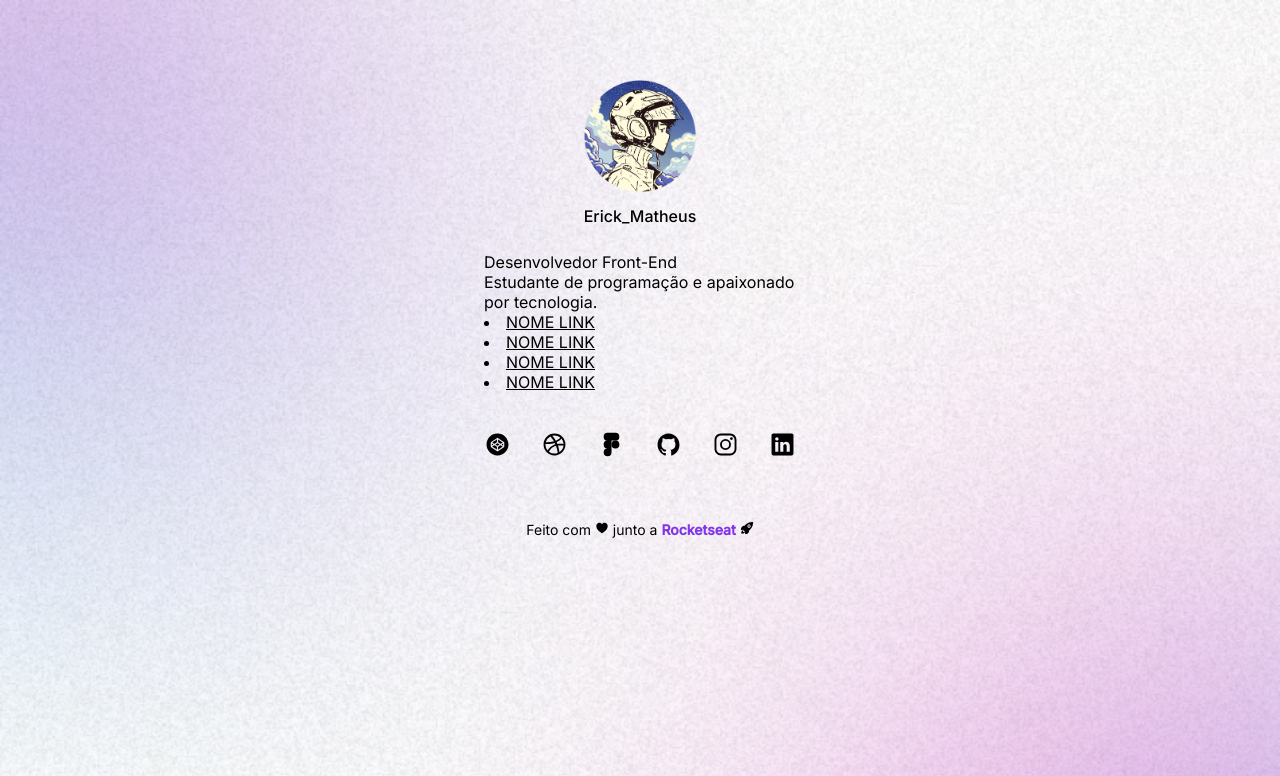
Repository: e-rickmatheus/project_dev_links
Page: index.html
The author's editor kept a copy of each file at every save. The page is drawn from the files as they stood at one save, then again after the next save.
The browser window is 1280 px wide. The pictures show the whole page.

Above is the page before, as saved 2025-04-03 19:26:36.

### index.html
<!DOCTYPE html>
<html lang="pt-BR" class="light-theme">
<head>

<link rel="preconnect" href="https://fonts.googleapis.com">
<link rel="preconnect" href="https://fonts.gstatic.com" crossorigin>
<link href="https://fonts.googleapis.com/css2?family=Inter:wght@400;500&display=swap" rel="stylesheet">
  <meta charset="UTF-8">
  <meta name="viewport" content="width=device-width, initial-scale=1.0">
  <title>DEV.Links</title>
  <link rel="stylesheet" href="./style.css">
  <a></a>
</head>
<body>

  <div id="container">
    <div id="profile">
      <img id="avatar" src="./assets/avatar-pilot-day.png" alt="avatar-light">
      <p>Erick_Matheus</p>
    </div>
    <div id="description">
      <p>Desenvolvedor Front-End</p>
      <p>Estudante de programação e apaixonado por tecnologia.</p>
    </div>
    <div id="switch"
  <ul>
    <li>
      <a href="#" target="_blank">NOME LINK</a>
    </li>
    <li>
        <a href="#" target="_blank">NOME LINK</a>
    </li>
    <li>
        <a href="#" target="_blank">NOME LINK</a>
    </li>
    <li>
        <a href="#" target="_blank">NOME LINK</a>
    </li>
  </ul>
  <div id="social-links">
    <!-- <ion-icon name="logo-behance"></ion-icon> -->
    <a href="https://codepen.io/erick_matheus" target="_blank">
      <ion-icon name="logo-codepen"></ion-icon>
    </a>

    <a href="https://dribbble.com/erick_matheus" target="_blank">
      <ion-icon name="logo-dribbble"></ion-icon>
    </a>

    <a href="https://figma.com/@erick_matheus" target="_blank">
      <ion-icon name="logo-figma"></ion-icon>
    </a>
    <a href="https://github.com/e-rickmatheus" target="_blank">
      <ion-icon name="logo-github"></ion-icon>
    </a>

    <a href="https://instagram.com/" target="_blank">
      <ion-icon name="logo-instagram"></ion-icon>
    </a>

    <a href="https://linkedin.com/in/e-rickmatheus/" target="_blank">
      <ion-icon name="logo-linkedin"></ion-icon>
    </a>
    <!-- <ion-icon name="logo-medium"></ion-icon> -->
    <!-- <ion-icon name="logo-whatsapp"></ion-icon> -->
  </div>

  <footer>
    Feito com <ion-icon name="heart"></ion-icon>
    junto a <a id="rocketseat" href="https://rocketseat.com.br/" target="_blank">Rocketseat</a>   <ion-icon name="rocket"></ion-icon>
  </footer>
  </div>

<script type="module" src="https://cdn.jsdelivr.net/npm/ionicons@7.1.0/dist/ionicons/ionicons.esm.js"></script>
<script nomodule src="https://cdn.jsdelivr.net/npm/ionicons@7.1.0/dist/ionicons/ionicons.js"></script>
</body>

</html>

### style.css
* {  /* *: todos os elementos */
  margin: 0;
  padding: 0;
  box-sizing: border-box; /* border-box: altura e largura do elemento é o mesmo que o tamanho definido */

}

:root {
  --text-color: white; /* cor do texto */
  --bg-url: url(./assets/bg-mobile.jpg); /* url da imagem de fundo */
  --stroke-color: rgba(255, 255, 255, 0.5); /* cor do contorno */
  --surface-color: rgba(255, 255, 255, 0.1); /* cor da superfície */
  --surface-color-hover: rgba(255, 255, 255, 0.2); /* cor da superfície ao passar o mouse */
  --social-links-color-hover: rgba(255, 255, 255, 0.2); /* cor do link ao passar o mouse */
}

.light-theme { /* tema claro */
  --text-color: black; /* cor do texto */
  --bg-url: url(./assets/bg-mobile-light.jpg); /* url da imagem de fundo */
  --stroke-color: rgba(0, 0, 0, 0.5); /* cor do contorno */
  --surface-color: rgba(0, 0, 0, 0.1); /* cor da superfície */
  --surface-color-hover: rgba(0, 0, 0, 0.2); /* cor da superfície ao passar o mouse */
  --social-links-color-hover: rgba(0, 0, 0, 0.2); /* cor do link ao passar o mouse */
}

html, body {
  height: 100%; /* altura do html e body */
  width: 100%; /* largura do html e body */
}

body { /* body: corpo do documento */
  /*
  background-image: url(./assets/bg-mobile.jpg);
  background-repeat: no-repeat;
  background-position: top center;
  background-size: cover;
  */

  /* BACKGROUND GRADIENT
   background-image:  linear-gradient(
        45deg,
        hsl(201deg 37% 81%) 0%,
        hsl(202deg 39% 77%) 8%,
        hsl(204deg 40% 72%) 17%,
        hsl(206deg 41% 68%) 25%,
        hsl(207deg 42% 64%) 33%,
        hsl(209deg 42% 60%) 41%,
        hsl(210deg 42% 56%) 50%,
        hsl(212deg 41% 53%) 58%,
        hsl(214deg 41% 49%) 66%,
        hsl(217deg 45% 46%) 75%,
        hsl(219deg 48% 43%) 83%,
        hsl(223deg 50% 40%) 92%,
        hsl(228deg 51% 38%) 100%
    );
    */
    background-repeat: no-repeat; /* repetição da imagem */
    background-position: top center; /* posição da imagem */
    background-size: 100% 100%; /* tamanho da imagem */
  background: var(--bg-url) no-repeat top center/cover;
  /* background: cor imagem repetição posição/tamanho */
}

body * { /* todos os elementos dentro do body */
  font-family: 'Inter', sans-serif;
  color: var(--text-color); /* cor do texto */


}

#container {
  width:  360px;
  margin: 56px auto 0px;
  display: block;
  padding: 0 24px;
}

#profile {
  text-align: center;
  padding: 24px;
}

#profile img {
  width: 112px;
}

#profile p {
  font-weight: 500;
  line-height: 24px;
  margin-top: 8px;
}


/*links*/
ul { /* ul: lista não ordenada */
  list-style: none;
  display: flex;
  flex-direction: column;
  gap: 16px;
  padding: 24px 0;
}

ul li a { /* a: link */
  display: flex;
  justify-content: center;
  align-items: center;
  padding: 16px 24px;
  background: var(--surface-color);
  border: 1px solid var(--stroke-color);
  border-radius: 8px;
  backdrop-filter: blur (4px);
  -webkit-backdrop-filter: blur (4px);

  text-decoration: none;
  font-weight: 500;

  transition: background 0.2s;
}

ul li a:hover { /* quando o mouse estiver em cima do link */
  background: var(--surface-color-hover);
  border: 1.5px solid var(--text-color);
}


/*SOcial Links*/
#social-links {
  display: flex;
  justify-content: center;
  padding: 24px 0;
  font-size: 25px
}

#social-links a { /* a: link */
  display: flex;
  justify-content: center;
  align-items: center;
  padding: 16px;
  transition: background 0.2s;
  border-radius: 50%;
}

#social-links a:hover { /* quando o mouse estiver em cima do link */
  background: var(--social-links-color-hover);

}

footer {
  text-align: center;
  padding: 24px 0;
  font-size: 14px;
}

#rocketseat {
  color: rgb(130 52 233);
  text-decoration: none;
  font-weight: bold;
  transition: color 0.5s;
}

#rocketseat:hover { /* quando o mouse estiver em cima do link */
  color: white;
  text-decoration: underline;
  background:  rgb(130 52 233);
  transition: color 0.5s;
  margin: 1px 1px;
  padding: 4px 4px;
  border-radius: 4px;
  tex

}

After the next save:
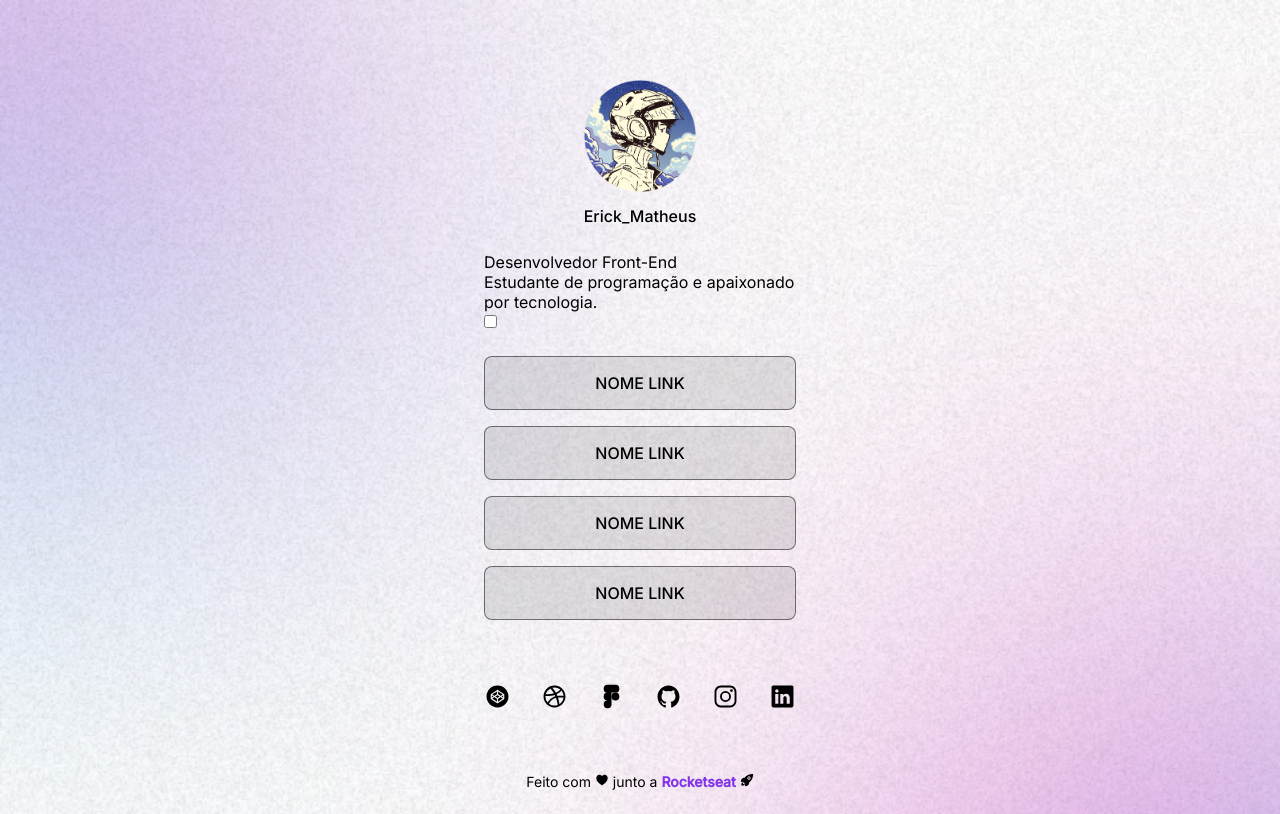
Saved 5 s later.
--- a/index.html
+++ b/index.html
@@ -22,7 +22,11 @@
       <p>Desenvolvedor Front-End</p>
       <p>Estudante de programação e apaixonado por tecnologia.</p>
     </div>
-    <div id="switch"
+    <div id="switcher">
+      <input type="checkbox" id="theme-switcher" class="checkbox">
+      <label for="theme-switcher" class="label">
+        <span class="ball"></span>
+      </label>
   <ul>
     <li>
       <a href="#" target="_blank">NOME LINK</a>
